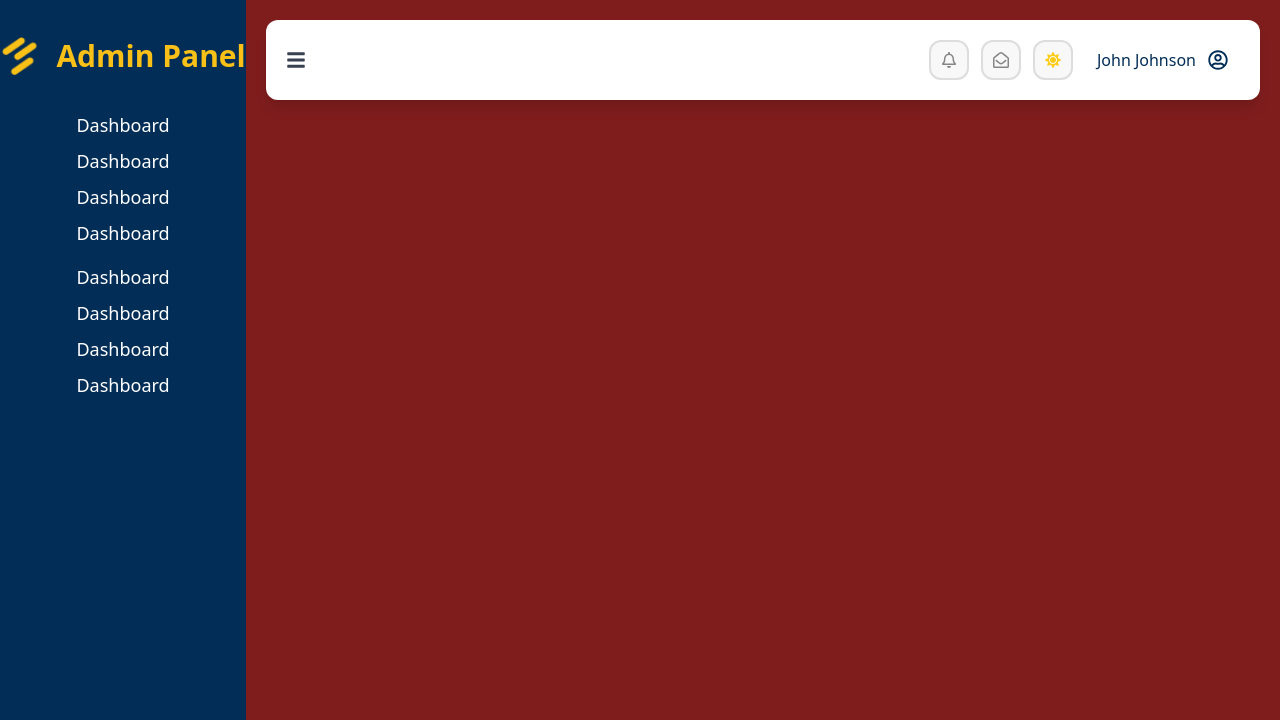
Repository: farrelmuhammad/redesign-bo
Page: /
These files come from the project's save history. The page is drawn as it stood at one moment and after the next save; the edit follows.
The browser window is 1280 px wide. The pictures show the whole page.
The project was rebuilt for these pictures with package versions that can differ from the ones it lists, and the page was loaded fresh each time. Also part of the build but not shown: src/App.css.

Above is the page before, as saved 2024-03-02 19:46:07.

After the next save:
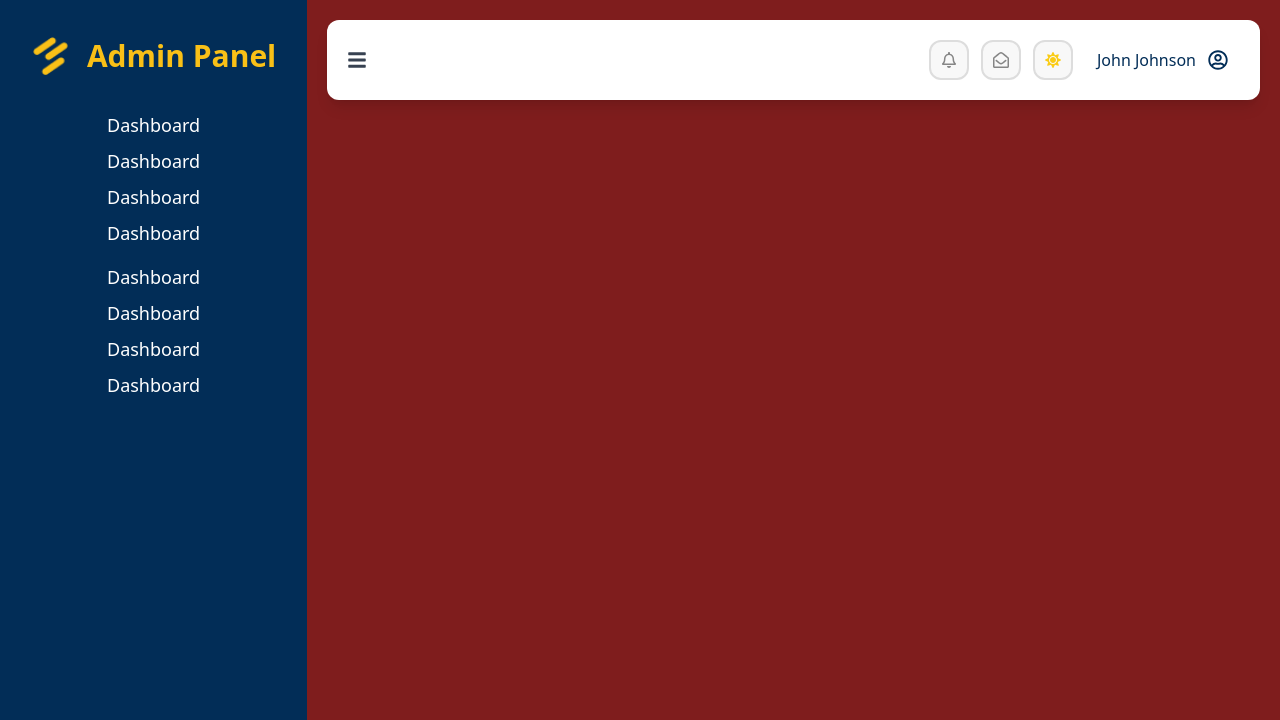
Saved 9 s later.
--- a/src/components/Sidebar.tsx
+++ b/src/components/Sidebar.tsx
@@ -3,7 +3,7 @@
 
 const Sidebar = () => {
     return (
-        <aside className='flex flex-col h-full w-1/4 justify-start items-center bg-[#022D57] py-5'>
+        <aside className='flex flex-col h-full w-1/3 justify-start items-center bg-[#022D57] py-5'>
             <div className="flex flex-row h-20 justify-start gap-4 items-center">
                 <img className="h-10 w-10" src={Logo} alt="" />
                 <h1 className='font-bold text-3xl text-[#F9C017]'>Admin Panel</h1>

After the save that followed:
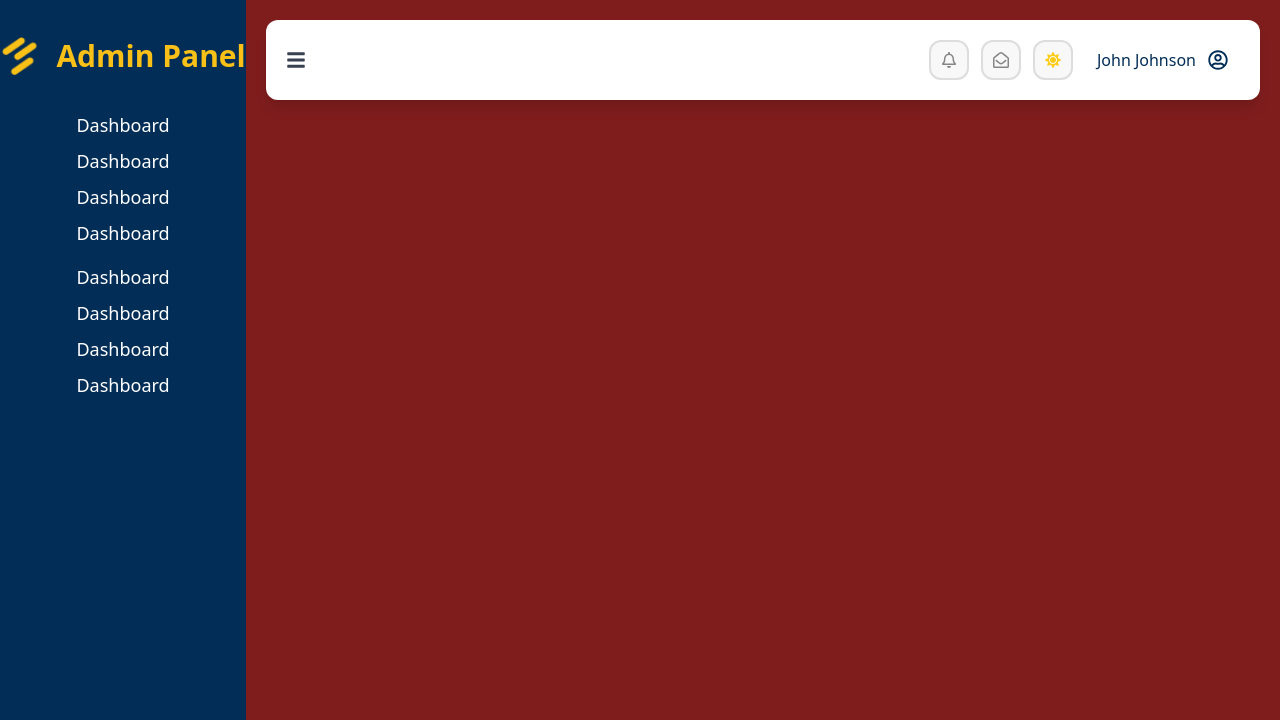
Saved 5 s later.
--- a/src/components/Sidebar.tsx
+++ b/src/components/Sidebar.tsx
@@ -3,7 +3,7 @@
 
 const Sidebar = () => {
     return (
-        <aside className='flex flex-col h-full w-1/3 justify-start items-center bg-[#022D57] py-5'>
+        <aside className='flex flex-col h-full w-1/4 justify-start items-center bg-[#022D57] py-5'>
             <div className="flex flex-row h-20 justify-start gap-4 items-center">
                 <img className="h-10 w-10" src={Logo} alt="" />
                 <h1 className='font-bold text-3xl text-[#F9C017]'>Admin Panel</h1>
